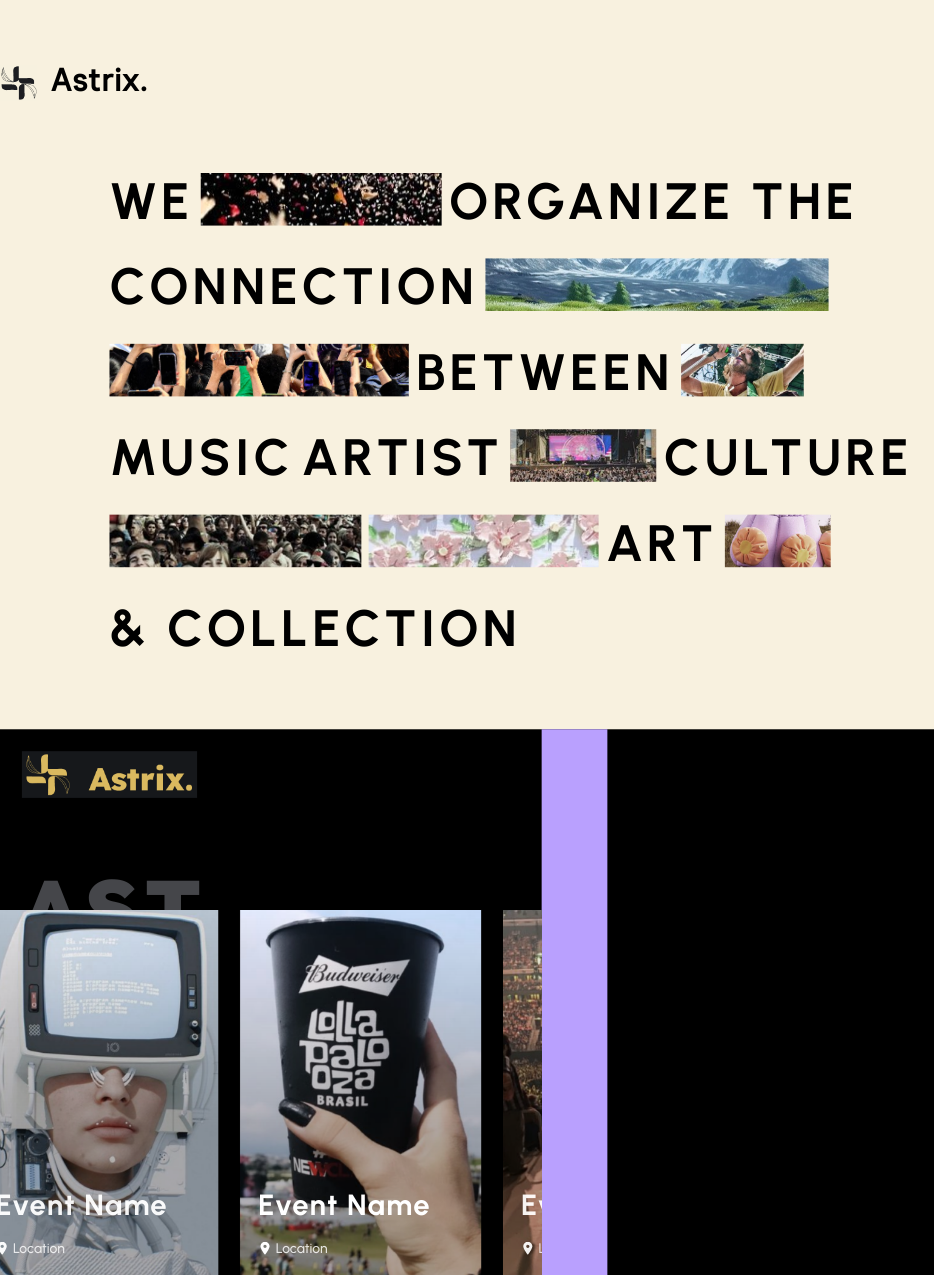
Repository: sharma171/astrix
Page: /
An editor plug-in stored every save of this project. The page is shown before and after the next save, followed by the edit.
The browser window is 1280 px wide. The pictures show the whole page, at 73% of full size.
The project was rebuilt for these pictures with package versions that can differ from the ones it lists, and the page was loaded fresh each time.

Above is the page before, as saved 2024-05-20 16:02:16.

### src/index.jsx
import React from 'react';
import ReactDOM from 'react-dom/client';
// import './index.css';
import App from './App';
import reportWebVitals from './reportWebVitals';

const root = ReactDOM.createRoot(document.getElementById('root'));
root.render(
  // <React.StrictMode>
    <App />
  // </React.StrictMode>
);

// If you want to start measuring performance in your app, pass a function
// to log results (for example: reportWebVitals(console.log))
// or send to an analytics endpoint. Learn more: https://bit.ly/CRA-vitals
reportWebVitals();

### src/App.jsx
import React from "react";
import { BrowserRouter as Router, Route, Routes } from "react-router-dom";
import Home from "./Home";
import "./component/main.css";
//fonts
import "./fonts/FUTURA45LIGHT.TTF";
import "./fonts/FUTURA55REGULAR.TTF";
import "./fonts/FUTURA65MEDIUM.TTF";
import "./fonts/FUTURA75BOLD.TTF";

function App() {
  return (
    <div>
      <Router>
        <Routes>
          <Route path="/" element={<Home/>} />
        </Routes>
      </Router>
    </div>
  );
}
export default App;

### src/Home.jsx
import React, { useState } from 'react';
import Hero from "./component/hero";
import HomeSection from './component/homesection';
const Home = () => {
    const [heroActive, setHeroActive] = useState(false);
    const handleActive = () => {
        setHeroActive(!heroActive);
    }
    return(
        <div>
            <div className={`floating-hero ${heroActive ? 'active' : ''}`} onClick={handleActive}>
                <Hero />
            </div>
            <div className="homesection">
                <HomeSection />
            </div>
        </div>
    );
}
export default Home;

### src/component/main.css
@import url('https://fonts.googleapis.com/css2?family=Urbanist:ital,wght@0,100..900;1,100..900&display=swap');

@font-face {
    font-family: "sebino";
    src: local("sebino"),
     url("../fonts/Sebino-Regular.ttf") format("truetype");
    font-weight: 500;
}
@font-face {
    font-family: "futuralight";
    src: local("futuralight"),
     url("../fonts/FUTURA45LIGHT.TTF") format("truetype");
    font-weight: light;
}
@font-face {
    font-family: "futuraregular";
    src: local("futuraregular"),
     url("../fonts/FUTURA55REGULAR.TTF") format("truetype");
    font-weight: regular;
}
@font-face {
    font-family: "futuramedium";
    src: local("futuramedium"),
     url("../fonts/FUTURA65MEDIUM.TTF") format("truetype");
    font-weight: medium;
}
@font-face {
    font-family: "futurabold";
    src: local("futurabold"),
     url("../fonts/FUTURA75BOLD.TTF") format("truetype");
    font-weight: bold;
}

*{
    padding: 0;
    margin: 0;
}
* a{
    text-decoration: none;
}
* .row-flex {
    display: flex;
    flex-direction: row;
}
* .col-flex {
    display: flex;
    flex-direction: column;
}
* .container {
    width: 100%;
    max-width: 1380px;
    margin: 0 auto;
}
* .bigcontainer {
    width: 100%;
    max-width: 1520px;
    margin: 0 auto;
}
#root {
    background: #000;
    min-height: 100vh;
}

### src/component/hero.jsx
import React from "react";
import Header from "./header";
import "./hero-overlay/css/hero.css";
import ImageOne from "./hero-overlay/images/heroimage1.jpeg";
import ImageTwo from "./hero-overlay/images/heroimage2.jpeg";
import ImageThree from "./hero-overlay/images/heroimage3.jpg";
import ImageFour from "./hero-overlay/images/heroimage4.png";
import ImageFive from "./hero-overlay/images/heroimage5.png";
import ImageSix from "./hero-overlay/images/heroimag6.png";
import ImageSeven from "./hero-overlay/images/heroimage7.png";
import ImageEight from "./hero-overlay/images/heroimage8.png";
const Hero = () => {
    return(
        <>
            <Header />
            <div className={`container`} >
                <div className={`hero-anim row-flex`}>
                    <h3 className="hero-text">WE</h3>
                    <img className="hero-image" src={ImageOne} alt="" />
                    <h3 className="hero-text">ORGANIZE THE</h3>
                    <h3 className="hero-text">CONNECTION</h3>
                    <img className="hero-image" src={ImageTwo} alt="" />
                    <img className="hero-image" src={ImageThree} alt="" />
                    <h3 className="hero-text">BETWEEN</h3>
                    <img className="hero-image" src={ImageFour} alt="" />
                    <h3 className="hero-text">MUSIC</h3>
                    <h3 className="hero-text">ARTIST</h3>
                    <img className="hero-image" src={ImageFive} alt="" />
                    <h3 className="hero-text">CULTURE</h3>
                    <img className="hero-image" src={ImageSix} alt="" />
                    <img className="hero-image" src={ImageSeven} alt="" />
                    <h3 className="hero-text">ART</h3>
                    <img className="hero-image" src={ImageEight} alt="" />
                    <h3 className="hero-text">& COLLECTION</h3>
                </div>
            </div>
        </>
    );
}
export default Hero;

### src/component/homesection.js
import React from "react";
import "./home.css";
import AstrixIcon from "./images/asterlogo.png";
import CarImage1 from "./images/car-image.png";
import CarImage2 from "./images/car-image2.png";
import CarImage3 from "./images/car-image3.png";
import CarImage4 from "./images/car-image4.png";
import LocationIcon from "./images/location.svg";


const HomeSection = () => {
    return(
        <>
            <div className="bigcontainer">
                <div className="row-flex">
                    <div className="col-flex car-row-col">
                        <div className="row-flex car-row-row">
                            <div className="car-col">
                                <div className="homebrand">
                                    <img src={AstrixIcon} alt="" />
                                </div>
                                <div className="carousel-inner">
                                    <span className="one">AST<br></br>RIX</span>
                                    <span className="two">EVE<br></br>NTS</span>
                                    <div className="carousel-box">
                                        <div className="car-item">
                                            <img src={CarImage1} alt="carousel" className="carimg" />
                                            <div className="overlay col-flex">
                                                <h3 className="eventname">Event Name</h3>
                                                <div className="location row-flex">
                                                    <img src={LocationIcon} alt="" className="icon" />
                                                    <span>Location</span>
                                                </div>
                                            </div>
                                        </div>
                                        <div className="car-item">
                                            <img src={CarImage2} alt="carousel" className="carimg" />
                                            <div className="overlay col-flex">
                                                <h3 className="eventname">Event Name</h3>
                                                <div className="location row-flex">
                                                    <img src={LocationIcon} alt="" className="icon" />
                                                    <span>Location</span>
                                                </div>
                                            </div>
                                        </div>
                                        <div className="car-item">
                                            <img src={CarImage3} alt="carousel" className="carimg" />
                                            <div className="overlay col-flex">
                                                <h3 className="eventname">Event Name</h3>
                                                <div className="location row-flex">
                                                    <img src={LocationIcon} alt="" className="icon" />
                                                    <span>Location</span>
                                                </div>
                                            </div>
                                        </div>
                                        <div className="car-item">
                                            <img src={CarImage4} alt="carousel" className="carimg" />
                                            <div className="overlay col-flex">
                                                <h3 className="eventname">Event Name</h3>
                                                <div className="location row-flex">
                                                    <img src={LocationIcon} alt="" className="icon" />
                                                    <span>Location</span>
                                                </div>
                                            </div>
                                        </div>
                                    </div>
                                </div>
                            </div>
                            <div className="tick-col"></div>
                        </div>
                    </div>
                    <div className="col-flex evnt-col">

                    </div>
                </div>
            </div>
        </>
    );
}
export default HomeSection;

### src/component/header.jsx
import React from 'react';
import { Link } from 'react-router-dom';
import "./hero-overlay/css/header.css"
import HeroLogo from './hero-overlay/images/png logo.png';

const Header = () => {
    return(
        <div className="ov-header">
            <div className="container">
                <div className="navmenu">
                    <Link to="#" className="row-flex">
                        <img
                            src={HeroLogo}
                            alt="Asterix-logo"
                            className="brand-logo"
                        />
                        <h1 className='brand-name'>Astrix.</h1>
                    </Link>
                </div>
            </div>
        </div>
    )
}

export default Header;

### src/component/hero-overlay/css/hero.css
.floating-hero {
    background: #f8f1df;
    min-height: 100vh;
    transition: all 2s;
    cursor: pointer;
    display: block;
    position: static;
    width: 100%;
    transition: all 3s ease-in-out;
    top: 0;
}
.floating-hero.active {
    display: block;
    position: fixed;
    top: -500%;
    left: 0;
}
.floating-hero .navmenu{
    padding-top: 90px;
}

.floating-hero .hero-anim {
    flex-wrap: wrap;
    row-gap: 40px;
    column-gap: 10px;
    padding-left: 150px;
    padding-top: 100px;
    padding-bottom: 100px;
}

.floating-hero .hero-anim .hero-image {
    max-height: 72px;
    object-fit: cover;
}
.floating-hero .hero-anim .hero-text {
    font-family: "Urbanist", sans-serif;
    font-size: 70px;
    letter-spacing: 6px;
    line-height: 1.1;
    font-weight: 700;
    color: #000;
}
.floating-hero .hero-anim .hero-image:nth-child(2) {
    animation-name: hero-first;
    animation-duration: 9s;
    animation-timing-function: ease-in-out;
    animation-iteration-count: infinite;
    animation-delay: 2s;
    width: 450px;
}
.floating-hero .hero-anim .hero-image:nth-child(5) {
    animation-name: hero-second;
    animation-duration: 9s;
    animation-timing-function: ease-in-out;
    animation-iteration-count: infinite;
    animation-delay: 2s;
    width: 620px;
}
.floating-hero .hero-anim .hero-image:nth-child(6) {
    animation-name: hero-third;
    animation-duration: 9s;
    animation-timing-function: ease-in-out;
    animation-iteration-count: infinite;
    animation-delay: 2s;
    width: 340px;
}
.floating-hero .hero-anim .hero-image:nth-child(11) {
    animation-name: hero-four;
    animation-duration: 9s;
    animation-timing-function: ease-in-out;
    animation-iteration-count: infinite;
    animation-delay: 2s;
    width: 300px;
}
.floating-hero .hero-anim .hero-image:nth-child(13) {
    animation-name: hero-fifth;
    animation-duration: 9s;
    animation-timing-function: ease-in-out;
    animation-iteration-count: infinite;
    animation-delay: 2s;
    width: 190px;
}
.floating-hero .hero-anim .hero-image:nth-child(14) {
    animation-name: hero-sixth;
    animation-duration: 9s;
    animation-timing-function: ease-in-out;
    animation-iteration-count: infinite;
    animation-delay: 2s;
    width: 255px;
}
@keyframes hero-first {
    0% {
        width: 450px;
    }
    25% {
        width: 330px;
    }
    50% {
        width: 330px;
    }
    75% {
        width: 450px;
    }
    100% {
        width: 450px;
    }
}
@keyframes hero-second {
    0% {
        width: 620px;
    }
    25% {
        width: 470px;
    }
    50% {
        width: 470px;
    }
    75% {
        width: 620px;
    }
    100% {
        width: 620px;
    }
}
@keyframes hero-third {
    0% {
        width: 340px;
    }
    25% {
        width: 410px;
    }
    50% {
        width: 410px;
    }
    75% {
        width: 340px;
    }
    100% {
        width: 340px;
    }
}
@keyframes hero-four {
    0% {
        width: 300px;
    }
    25% {
        width: 200px;
    }
    50% {
        width: 200px;
    }
    75% {
        width: 300px;
    }
    100% {
        width: 300px;
    }
}
@keyframes hero-fifth {
    0% {
        width: 190px;
    }
    25% {
        width: 345px;
    }
    50% {
        width: 345px;
    }
    75% {
        width: 190px;
    }
    100% {
        width: 190px;
    }
}
@keyframes hero-sixth {
    0% {
        width: 255px;
    }
    25% {
        width: 315px;
    }
    50% {
        width: 315px;
    }
    75% {
        width: 255px;
    }
    100% {
        width: 255px;
    }
}

### src/component/home.css
@import url('https://fonts.googleapis.com/css2?family=Lexend:wght@100..900&family=Roboto+Slab:wght@100..900&display=swap');

/* Carousel columns */


.homesection .car-row-col {
    width: 65%;
}
.homesection .car-row-row {
    flex-wrap: nowrap;
    width: 100%;
}
.homesection .car-col {
    width: calc(100% - 90px);
}
.homesection .tick-col {
    width: 90px;
    background: #b9a0fe;
}
.homesection .car-col .homebrand {
    margin-top: 30px;
    margin-left: 30px;
}
.homesection .car-col .homebrand img{
    width: 240px;
}

.homesection .car-col .carousel-inner {
    position: relative;
    margin: 90px 0 0 0;
}

.homesection .car-col .carousel-inner .one {
    position: absolute;
    top: 0;
    color: #45464a;
    font-family: "Lexend", sans-serif;
    font-size: 114px;
    line-height: 1;
    font-weight: 800;
    letter-spacing: 8px;
    margin-left: 30px;
    z-index: 1;
}
.homesection .car-col .carousel-inner .two {
    position: absolute;
    bottom: 60px;
    color: #45464a;
    font-family: "Lexend", sans-serif;
    font-size: 114px;
    line-height: 1;
    font-weight: 800;
    letter-spacing: 8px;
    margin-left: 30px;
    z-index: 1;
}
.homesection .car-col .carousel-inner .carousel-box {
    z-index: 10;
    position: relative;
    padding-top: 60px;
    padding-left: 28%;
    gap: 30px;
    display: flex;
    flex-direction: row;
    overflow: hidden;
}
.homesection .car-col .carousel-inner .carousel-box .car-item {
    height: 500px;
    width: 330px;
    max-height: 500px;
    max-width: 330px;
    position: relative;
    animation-name: carousel;
    animation-delay: 2s;
    animation-duration: 14s;
    animation-iteration-count:infinite;
    animation-timing-function: ease-in-out;
}
.homesection .car-col .carousel-inner .carousel-box .car-item:nth-child(1) .overlay {
    animation-name: visible1;
    animation-delay: 2s;
    animation-duration: 14s;
    animation-iteration-count:infinite;
    animation-timing-function: ease-in-out;
    opacity: 0;
}
.homesection .car-col .carousel-inner .carousel-box .car-item:nth-child(2) .overlay {
    animation-name: visible2;
    animation-delay: 2s;
    animation-duration: 14s;
    animation-iteration-count:infinite;
    animation-timing-function: ease-in-out;
    opacity: 0;
}
.homesection .car-col .carousel-inner .carousel-box .car-item:nth-child(3) .overlay {
    animation-name: visible1;
    animation-delay: 2s;
    animation-duration: 14s;
    animation-iteration-count:infinite;
    animation-timing-function: ease-in-out;
    opacity: 0;
}
.homesection .car-col .carousel-inner .carousel-box .car-item:nth-child(4) .overlay {
    animation-name: visible2;
    animation-delay: 2s;
    animation-duration: 14s;
    animation-iteration-count:infinite;
    animation-timing-function: ease-in-out;
    opacity: 0;
}
@keyframes carousel {
    0% {
        transform: translate(0%);
    }
    3% {
        transform: translate(-80%);
    }
    5% {
        transform: translate(-75%);
    }
    25% {
        transform: translate(-75%);
    }
    28% {
        transform: translate(-190%);
    }
    30% {
        transform: translate(-184%);
    }
    50% {
        transform: translate(-184%);
    }
    53% {
        transform: translate(-300%);
    }
    55% {
        transform: translate(-294%);
    }
    75% {
        transform: translate(-294%);
    }
    78% {
        transform: translate(10%);
    }
    80% {
        transform: translate(-0%);
    }
    100% {
        transform: translate(0%);
    }
}
@keyframes visible1 {
    0% {
        opacity: 0;
    }
    5% {
        opacity: 1;
    }

    75% {
        opacity: 1;
    }
    80% {
        opacity: 0;
    }
    100% {
        opacity: 0;
    }
}

@keyframes visible2 {
    0% {
        opacity: 1;
    }
    5% {
        opacity: 0;
    }
    25% {
        opacity: 0;
    }
    28% {
        opacity: 1;
    }
    100% {
        opacity: 1;
    }
}
@keyframes visible3 {
    0% {
        opacity: 1;
    }
    25% {
        opacity: 1;
    }
    30% {
        opacity: 0;
    }
    50% {
        opacity: 0;
    }
    53% {
        opacity: 1;
    }
    55% {
        opacity: 1;
    }
    75% {
        opacity: 1;
    }
    78% {
        opacity: 1;
    }
    80% {
        opacity: 1;
    }
    100% {
        opacity: 1;
    }
}
@keyframes visible4 {
    0% {
        opacity: 1;
    }
    50% {
        opacity: 1;
    }
    55% {
        opacity: 0;
    }
    75% {
        opacity: 0;
    }
    78% {
        opacity: 1;
    }
    80% {
        opacity: 1;
    }
    100% {
        opacity: 1;
    }
}



.homesection .car-col .carousel-inner .carousel-box .car-item .carimg {
    height: 500px;
    width: 330px;
    max-height: 500px;
    max-width: 330px;
    object-fit: cover;
}

.homesection .car-col .carousel-inner .carousel-box .car-item .overlay {
    position: absolute;
    top: 0;
    left: 0;
    width: 100%;
    height: 100%;
    display: flex;
    justify-content: flex-end;
    align-items: flex-start;
    color: #fff;
    font-family: "Urbanist", sans-serif;
    background: linear-gradient(0deg, rgb(0 0 0 / 29%) 40%, rgb(0 0 0 / 0%) 100%);
}

.homesection .car-col .carousel-inner .carousel-box .car-item .overlay .eventname {
    font-size: 40px;
    font-weight: 700;
    line-height: 1;
    margin: 25px 25px 30px 25px;
    letter-spacing: 1.7px;
}
.homesection .car-col .carousel-inner .carousel-box .car-item .overlay .location {
    margin: 0px 25px 25px 25px;
    gap: 6px
}
.homesection .car-col .carousel-inner .carousel-box .car-item .overlay .location .icon {
    width: 18px;
    height: 18px;
}
.homesection .car-col .carousel-inner .carousel-box .car-item .overlay .location span {
    font-size: 19px;
    font-weight: 500;
    line-height: 1.1;
    color: #ffffffd6;
}


/* //Event columns */
.homesection .evnt-col{
    width: 35%;
}

### src/component/hero-overlay/css/header.css
.ov-header .navmenu .brand-logo {
    width: 50px;
    height: auto;
}
.ov-header .brand-name {
    font-family: "sebino";
    color: black;
    font-size: 43px;
    line-height: 0.8;
    align-self: center;
    margin-left: 20px;
    letter-spacing: 1.5px;
}

Loaded but not shown: public/index.html (common file); src/reportWebVitals.js (common file)

After the next save:
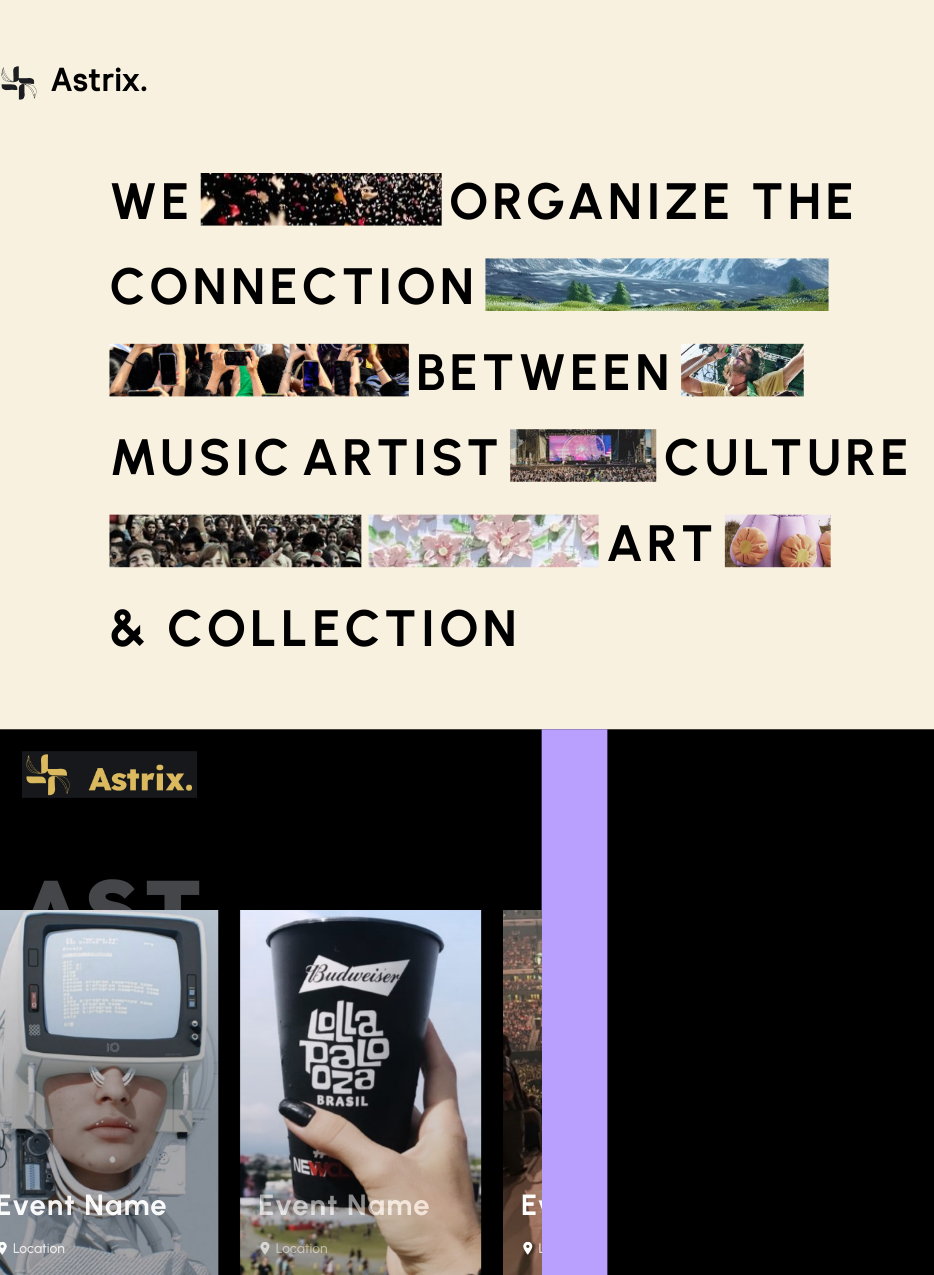
Saved 10 s later.
--- a/src/component/home.css
+++ b/src/component/home.css
@@ -93,7 +93,7 @@
     opacity: 0;
 }
 .homesection .car-col .carousel-inner .carousel-box .car-item:nth-child(3) .overlay {
-    animation-name: visible1;
+    animation-name: visible3;
     animation-delay: 2s;
     animation-duration: 14s;
     animation-iteration-count:infinite;
@@ -101,7 +101,7 @@
     opacity: 0;
 }
 .homesection .car-col .carousel-inner .carousel-box .car-item:nth-child(4) .overlay {
-    animation-name: visible2;
+    animation-name: visible4;
     animation-delay: 2s;
     animation-duration: 14s;
     animation-iteration-count:infinite;
